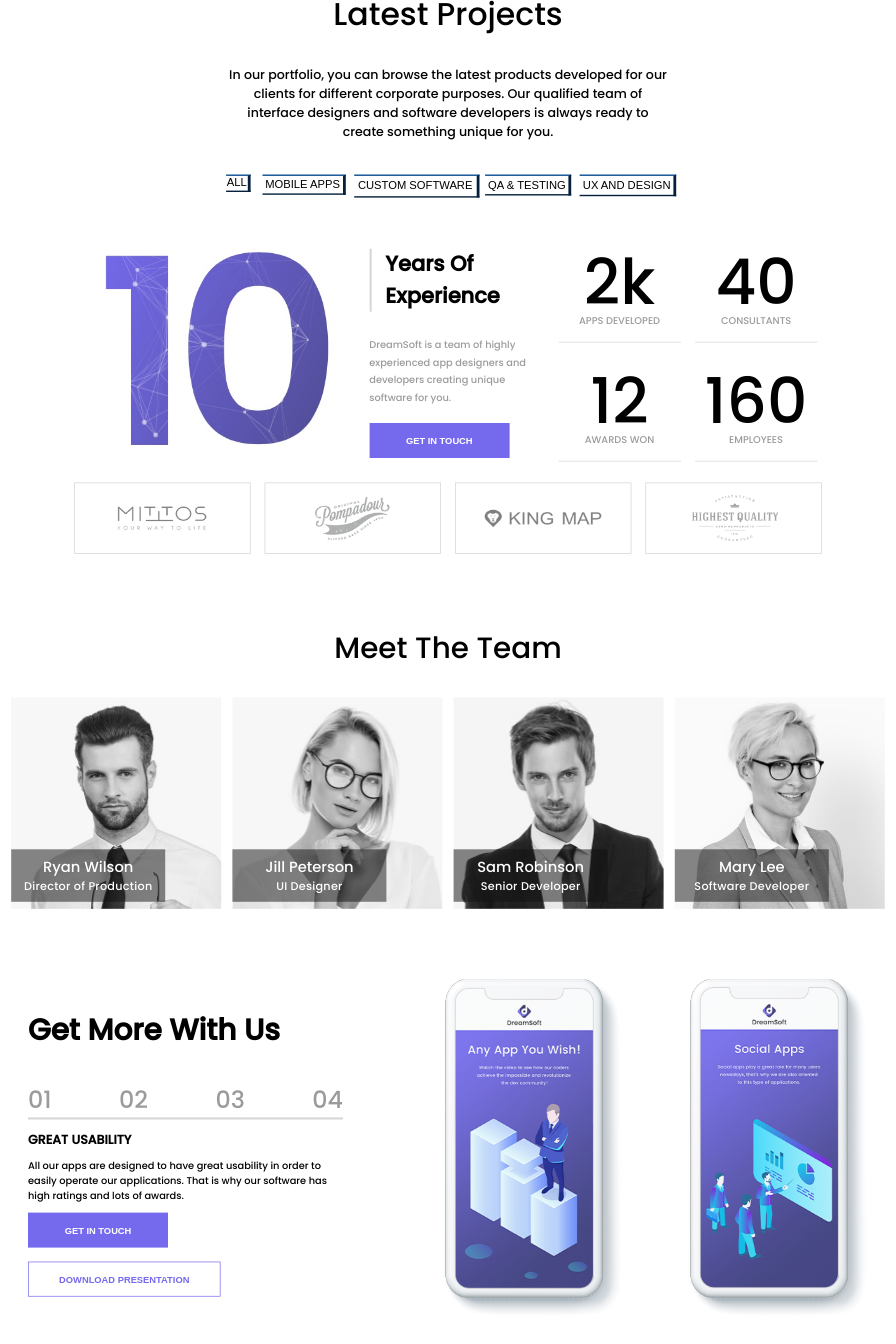
Repository: kkyler24/ladders-bootcamp-awesome
Page: index.html
An editor plug-in stored every save of this project. The page is shown before and after the next save, followed by the edit.
The browser window is 1280 px wide. The pictures show the part of the page from y = 1445 to 3365 px (the page is 6170 px tall before and 6166 px after), at 70% of full size.

Above is the page before, as saved 2021-03-20 10:28:32.

After the next save:
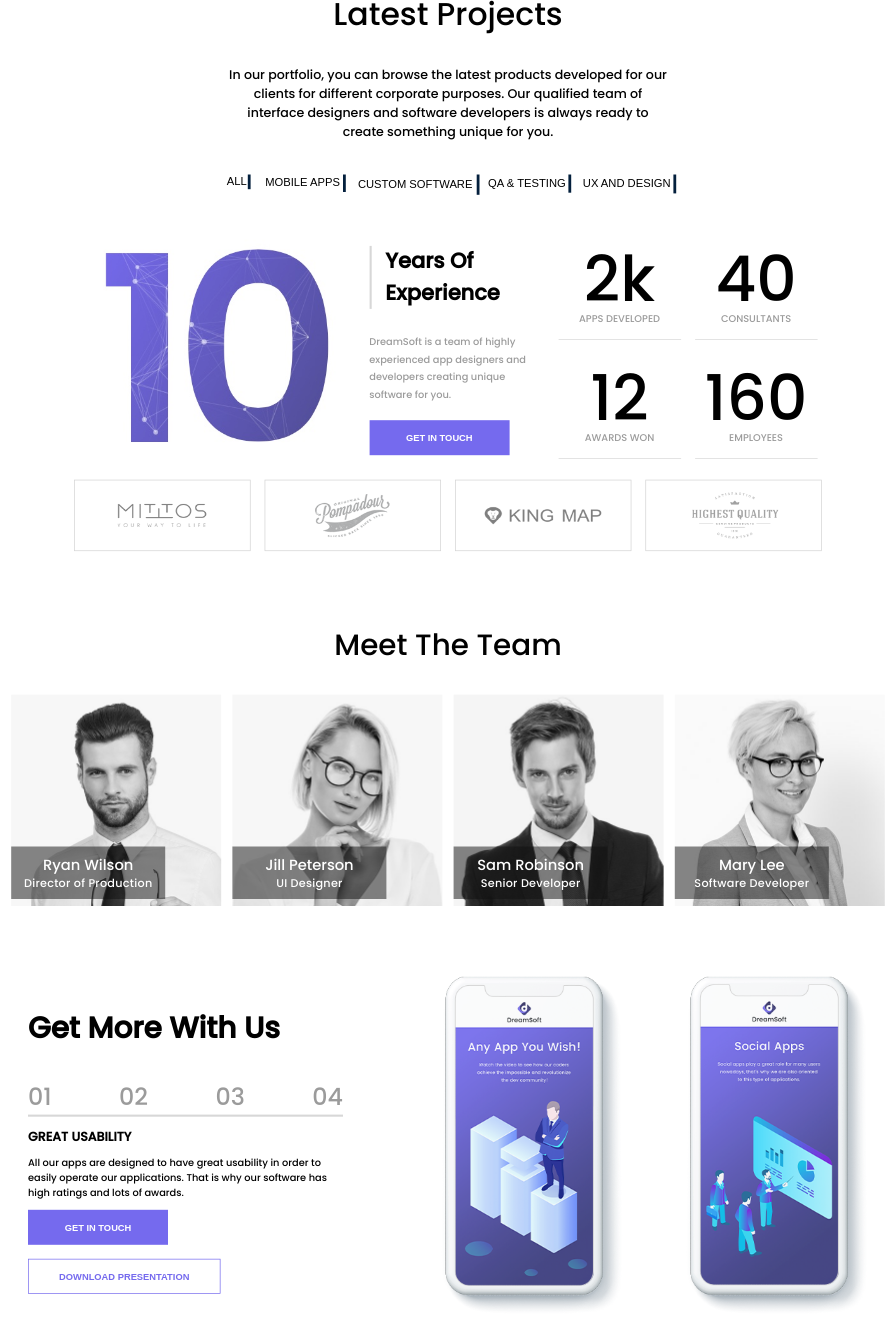
Saved 33 s later.
--- a/kstyle.css
+++ b/kstyle.css
@@ -121,6 +121,8 @@ margin-bottom: 3%;
  border-right-width: 4px;
  border-color: rgb(10, 77, 145);
  border-left: none;
+ border-top: none;
+ border-bottom: none;
  width: max-content;
  text-transform: uppercase;
 
